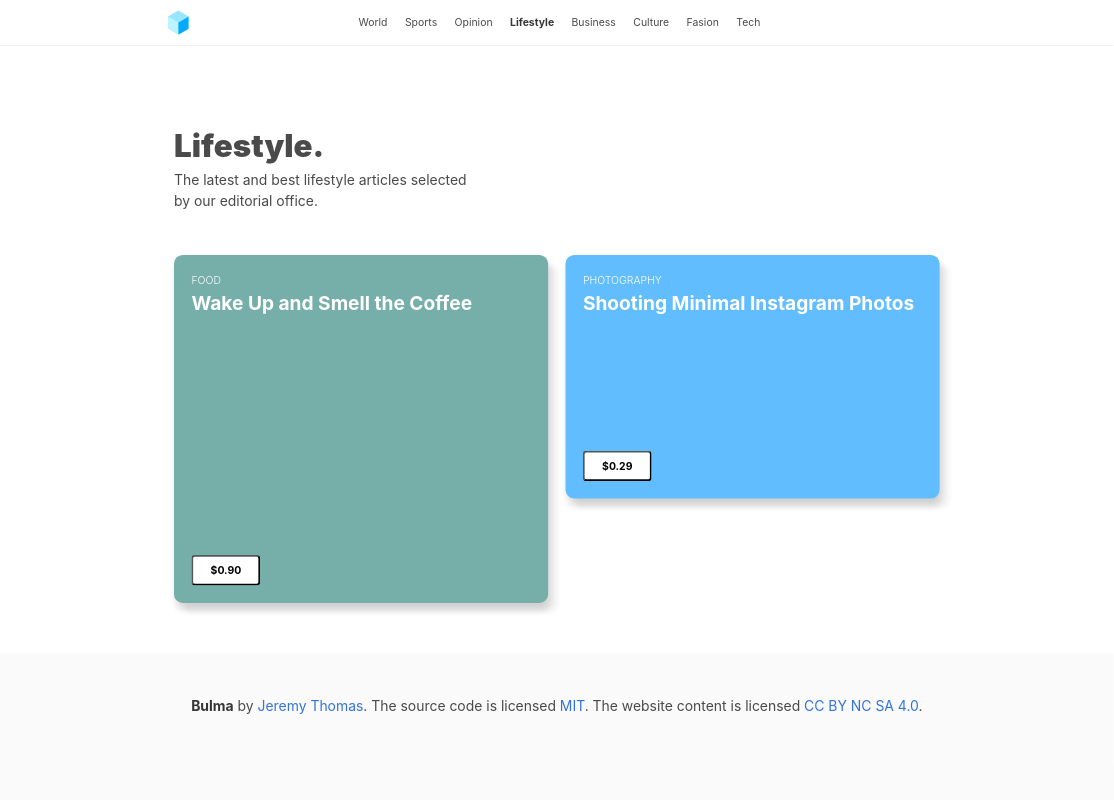
Repository: DOODpls/js_ass1
Page: index.html
The author's editor kept a copy of each file at every save. The page is drawn from the files as they stood at one save, then again after the next save.
The browser window is 1280 px wide. The pictures show the whole page, at 87% of full size.

Above is the page before, as saved 2019-11-22 19:07:54.

After the next save:
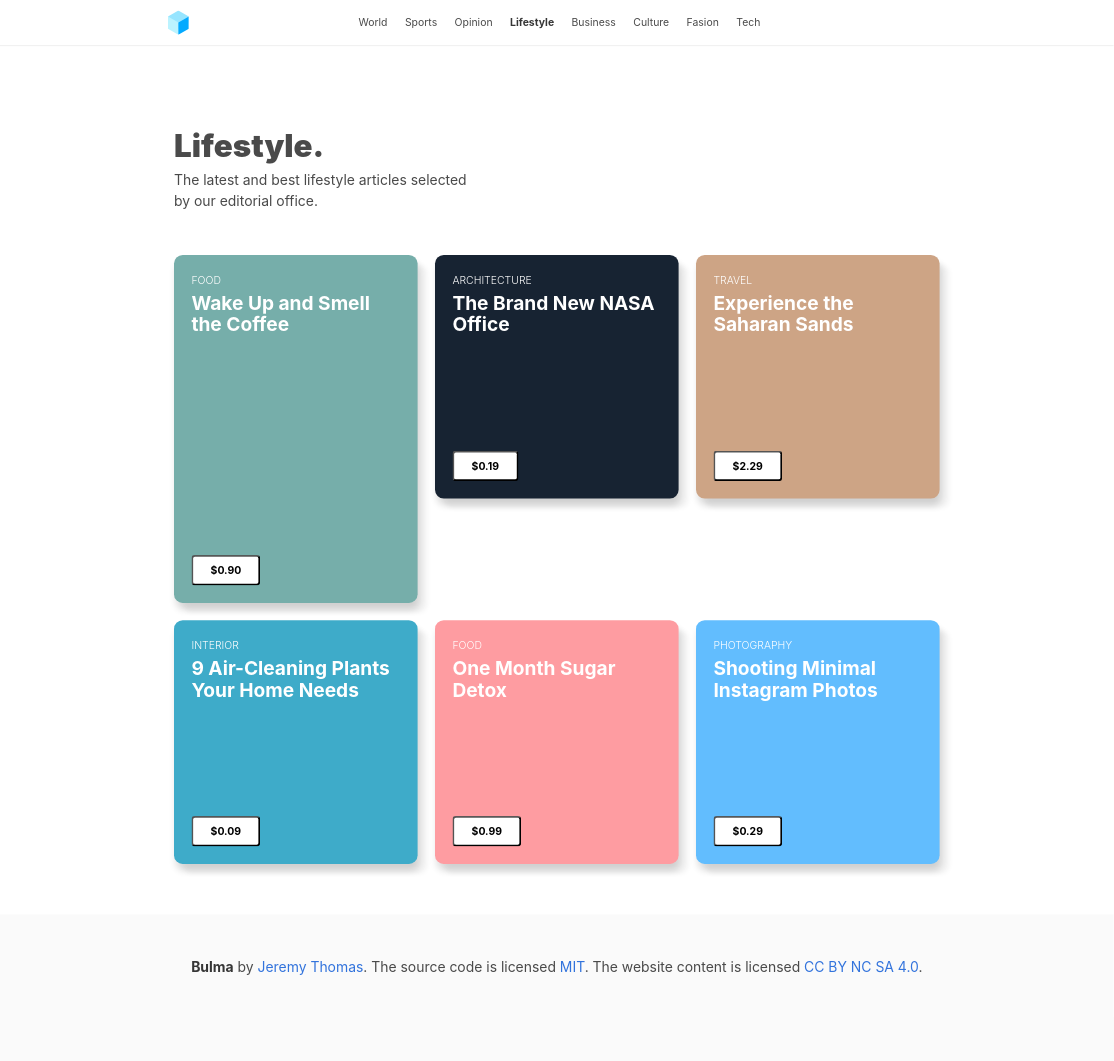
Saved 8 s later.
--- a/app.js
+++ b/app.js
@@ -66,7 +66,7 @@ const data = [
         let heig
         if(i == 0){
             heig = '400px'
-        } else if(i = 5) {
+        } else if(i == 5) {
           heig = '280px'
         }
 
